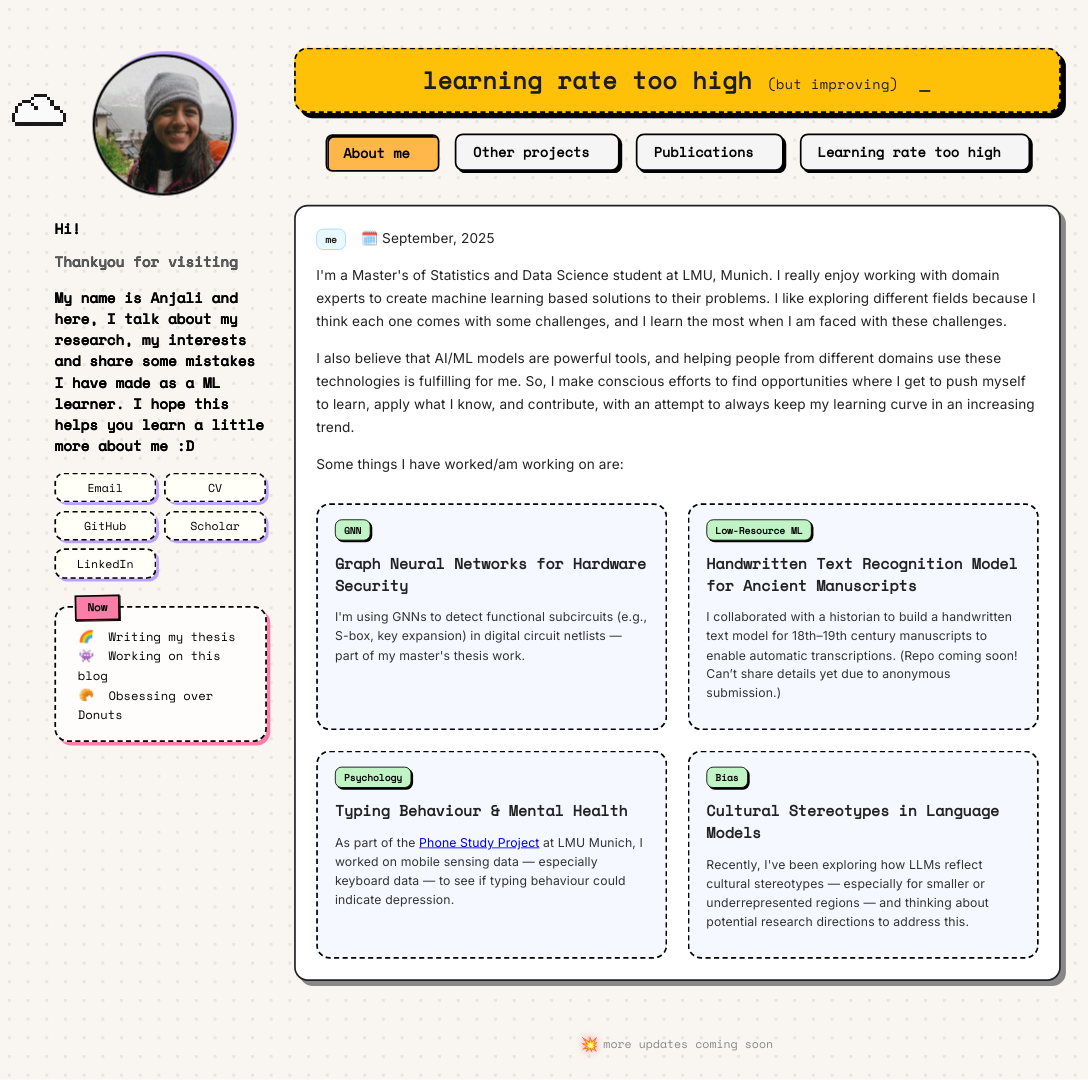
Repository: anjalisarawgi/learning_rate_too_high
Page: index.html
An editor plug-in stored every save of this project. The page is shown before and after the next save, followed by the edit.
The browser window is 1280 px wide. The pictures show the whole page, at 85% of full size.

Above is the page before, as saved 2025-11-04 15:07:26.

After the next save:
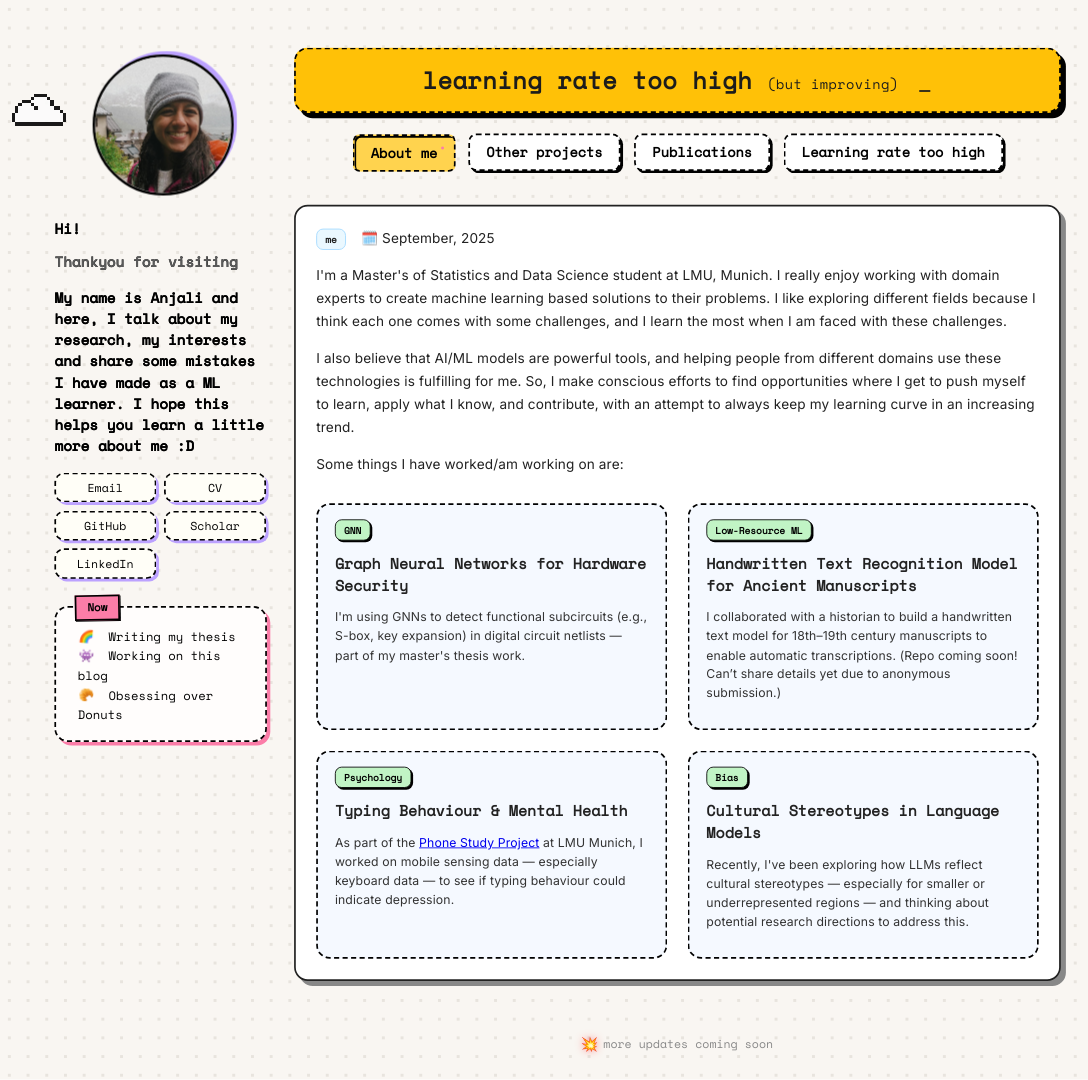
Saved 54 s later.
--- a/index.html
+++ b/index.html
@@ -466,7 +466,7 @@ nav {
   display: flex;
   justify-content: center;
   flex-wrap: wrap;
-  gap: 1.2rem;
+  gap: 1rem;
   margin: 1.5rem 0 2.5rem 0;
 }
 
@@ -476,37 +476,41 @@ nav a {
   color: #000;
   font-family: 'Space Mono', monospace;
   font-weight: 600;
-  background: #F5F5F5; /* subtle off-white */
-  border: 2px solid #000;
+  background: #FFF; /* clean white base */
+  border: 2px dashed #000;
   border-radius: 0.6rem;
   padding: 0.5rem 1.2rem;
   box-shadow: 3px 3px 0 #000;
-  transition: all 0.15s ease;
+  transition: all 0.2s ease;
 }
 
 nav a:hover {
-  background: #EDEDED;
+  background: #FFF6D8; /* light yellow tint like header */
   transform: translate(-2px, -2px);
   box-shadow: 5px 5px 0 #000;
 }
 
 nav a.active {
-  background: #FFB74A; /* soft orange that ties with header */
+  background: #FFD34E; /* header-matching yellow */
   color: #000;
-  border: 2px solid #000;
-  box-shadow: 2px 2px 0 #000 inset;
+  border: 2px dashed #000;
+  box-shadow: inset 2px 2px 0 #000;
   transform: translate(1px, 1px);
 }
 
-/* Optional hover cursor underscore */
-nav a::after {
-  content: "_";
-  opacity: 0;
-  margin-left: 0.25rem;
-  transition: opacity 0.2s ease;
-}
+/* Adds a little "pop" indicator — like a subtle retro LED */
+nav a.active::after {
+  content: "•";
+  position: absolute;
+  right: 0.6rem;
+  top: 0.3rem;
+  font-size: 0.8rem;
+  color: #FB7DA8; /* pink accent, matches your now-block */
+}
+
+/* Optional hover detail to stay consistent with your cute tone */
 nav a:hover::after {
-  opacity: 1;
+  opacity: 0.7;
 }
   </style>
 </head>
